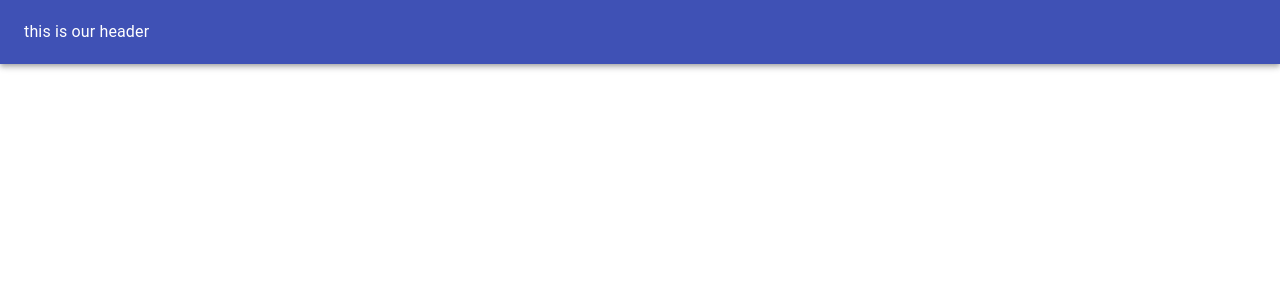
Repository: hossamsulleman1/reactcontact3
Page: / (app in my-app/)
The author's editor kept a copy of each file at every save. The page is drawn from the files as they stood at one save, then again after a run of saves.
The browser window is 1280 px wide. The pictures show the whole page.
The project was rebuilt for these pictures with package versions that can differ from the ones it lists, and the page was loaded fresh each time.

Above is the page before, as saved 2020-08-18 19:00:47.

After the next 9 saves:
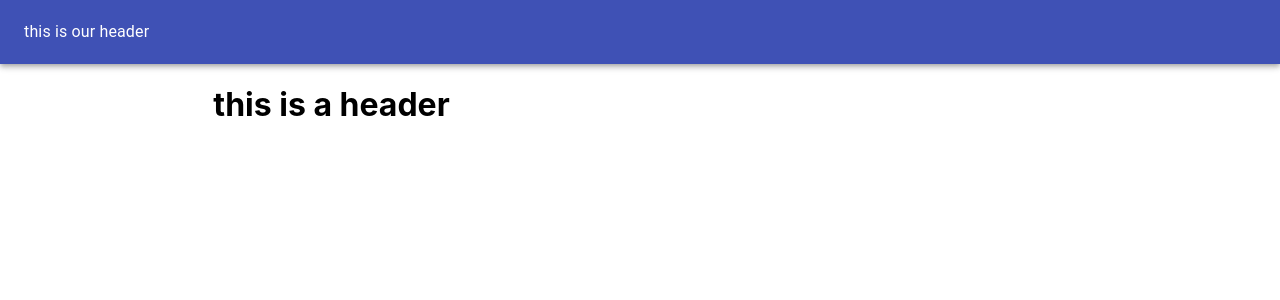
The 9 saves are shown as one change because 5 did not build or start and some came seconds apart.
The last was saved 4 min 7 s later.
--- a/my-app/src/App.js
+++ b/my-app/src/App.js
@@ -1,7 +1,7 @@
 import React from "react";
 import { Grid } from "@material-ui/core";
 import Header from "./components/Header.jsx"
-import Content from "./components/"
+import Content from "./components/Content.jsx"
 
 const App = () => {
   return (
@@ -17,6 +17,7 @@ const App = () => {
 
 <Grid item xs={12} sm={8}>
 {/* this is where the content will be  */}
+<Content/>
 </Grid>
 
         <Grid item xs={0} sm={2} />
--- a/my-app/src/components/Content.jsx
+++ b/my-app/src/components/Content.jsx
@@ -1,4 +1,4 @@
-import React from react;
+import React from "react";
 
 const Content = () => {
 return (
